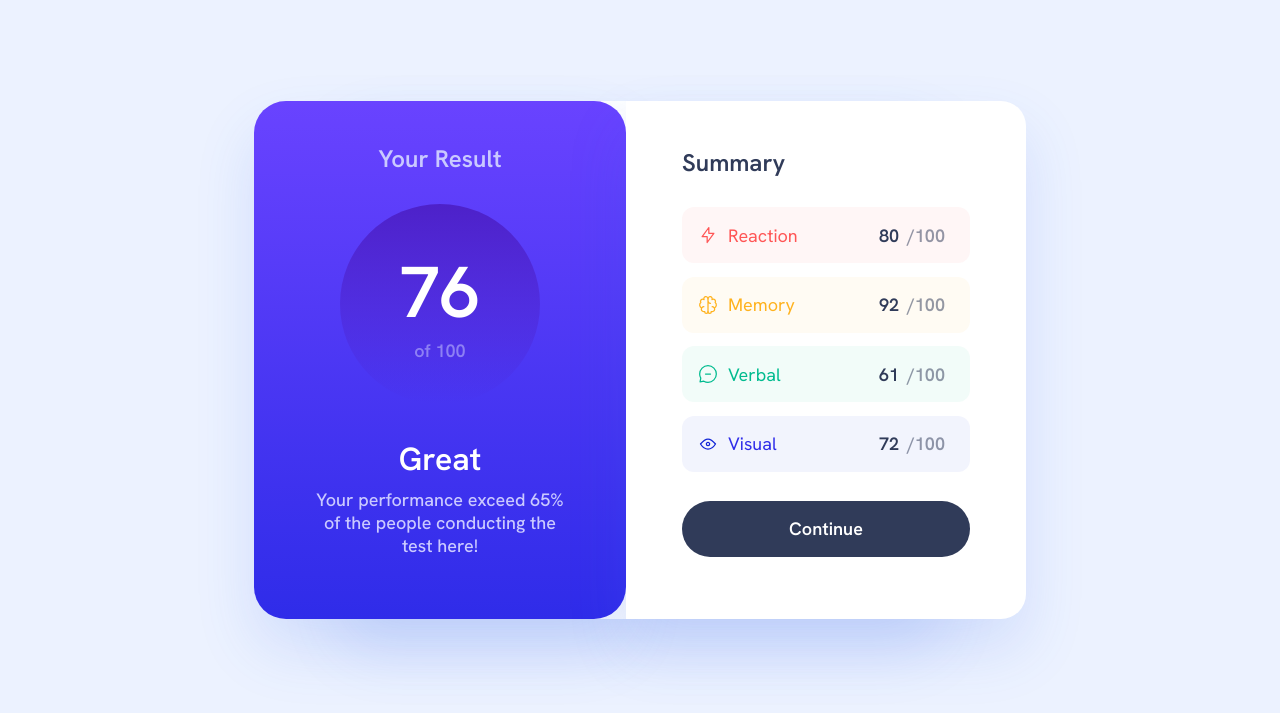
Repository: KamoliddinGIT/result-summary
Page: index.html
An editor plug-in stored every save of this project. The page is shown before and after the next save, followed by the edit.
The browser window is 1280 px wide. The pictures show the whole page.

Above is the page before, as saved 2023-09-08 17:06:07.

### index.html
<!DOCTYPE html>
<html lang="en">
  <head>
    <meta charset="UTF-8" />
    <meta name="viewport" content="width=device-width, initial-scale=1.0" />
    <link
      rel="icon"
      type="image/png"
      sizes="32x32"
      href="./assets/images/favicon-32x32.png"
    />
    <link rel="stylesheet" href="css/style.css" />
    <link rel="preconnect" href="https://fonts.googleapis.com" />
    <link rel="preconnect" href="https://fonts.gstatic.com" crossorigin />
    <link
      href="https://fonts.googleapis.com/css2?family=Hanken+Grotesk:wght@400;500;600&display=swap"
      rel="stylesheet"
    />
    <title>Results summary component</title>
  </head>
  <body>
    <div class="container">
      <div class="result-box">
        <h1 class="result__heading">Your Result</h1>
        <div class="result__score">
          <h1>76</h1>
          <span>of 100</span>
        </div>
        <div class="result__comment">
          <h1>Great</h1>
          <p>
            Your performance exceed 65% of the people conducting the test here!
          </p>
        </div>
      </div>
      <div class="summary-box">
        <h1 class="summary__title">Summary</h1>
        <div class="summary__stats">
          <li class="summary__stats__item__1">
            <img src="./assets/images/icon-reaction.svg" alt="logo" />
            <h2>Reaction</h2>
            <h3>80<span>/100</span></h3>
          </li>
          <li class="summary__stats__item__2">
            <img src="./assets/images/icon-memory.svg" alt="logo" />
            <h2>Memory</h2>
            <h3>92<span>/100</span></h3>
          </li>
          <li class="summary__stats__item__3">
            <img src="./assets/images/icon-verbal.svg" alt="logo" />
            <h2>Verbal</h2>
            <h3>61<span>/100</span></h3>
          </li>
          <li class="summary__stats__item__4">
            <img src="/assets/images/icon-visual.svg" alt="logo" />
            <h2>Visual</h2>
            <h3>72<span>/100</span></h3>
          </li>
        </div>
        <a href="#" class="summary__btn"> Continue </a>
      </div>
    </div>

    <script src="js/index.js"></script>
  </body>
</html>

### css/style.css
* {
  margin: 0;
  padding: 0;
  box-sizing: border-box;
}

body {
  display: flex;
  flex-direction: column;
  justify-content: center;
  align-items: center;
  height: 100vh;
  flex-direction: column;
  padding: 0;
  margin: 0;
  font-family: "Hanken Grotesk", "Arial", sans-serif;
  font-size: 18px;
  font-weight: 500;
  line-height: normal;
  background-color: #ecf2ff;
  color: #303b59;
}

.container {
  width: 47%;
  max-width: 1200px;
  display: flex;
  justify-content: center;
  align-items: center;
  height: 72%;
  background-color: #ffffff;
  box-shadow: 0px 30px 60px 0px rgba(61, 108, 236, 0.15);
  border-radius: 32px;
}

.result-box {
  width: 50%;
  max-width: 368px;
  min-height: 100%;
  border-radius: 32px;
  box-shadow: 0px 30px 60px 0px rgba(61, 108, 236, 0.15);
  background-image: linear-gradient(
    180deg,
    #75f 0%,
    #6943ff 0.01%,
    #2f2ce9 100%
  );
  padding: 24px 56px 40px;
  color: #cac9ff;
  box-shadow: 0px 30px 60px 0px rgba(61, 108, 236, 0.15);
  display: flex;

  flex-direction: column;
  align-items: center;
  justify-content: center;
  font-family: "Hanken Grotesk", "Arial", sans-serif;
  gap: 30px;
}

.summary-box {
  display: flex;
  flex-direction: column;
  align-items: start;
  padding-left: 40px;
  justify-content: space-evenly;
  background: #fff;
  width: 50%;
  min-height: 100%;
  border-radius: 0 25px 25px 0;
  padding: 24px 56px 40px;
  box-shadow: 0px 30px 60px 0px rgba(61, 108, 236, 0.15);
}

.result__heading {
  font-size: 24px;
}

.result__score {
  display: flex;
  flex-direction: column;
  justify-content: center;
  align-items: center;
  width: 200px;
  height: 200px;
  border-radius: 50%;
  background-image: linear-gradient(
    180deg,
    #4d21c9 0%,
    rgba(37, 33, 201, 0) 100%,
    rgba(37, 33, 201, 0) 100%
  );
}

.result__score h1 {
  font-size: 72px;
  color: #ffffff;
}

.result__score span {
  color: #cac9ff;
  font-weight: 700;
  opacity: 0.5168;
  font-size: 18px;
}

.result__comment {
  display: flex;
  justify-content: space-around;
  align-items: center;
  flex-direction: column;
  text-align: center;
  width: 260px;
  height: 127px;
}

.result__comment h1 {
  font-size: 32px;
  color: #ffffff;
}

.result__comment p {
  font-size: 18px;
  color: #cac9ff;
  font-weight: 500;
  line-height: normal;
}

.summary__title {
  color: #303b59;
  font-size: 24px;
  font-weight: bold;
}

.summary__stats {
  width: 288px;
  height: 278px;
  display: flex;
  flex-direction: column;
  justify-content: space-around;
  align-items: start;
  list-style-type: none;
}

.summary__stats__item__1 {
  width: 100%;
  display: flex;
  gap: 10px;
  align-items: center;
  height: 56px;
  padding: 16px;
  background: rgba(255, 85, 85, 0.05);
  border-radius: 12px;
}

.summary__stats__item__1 h2 {
  width: 141px;
  font-size: 18px;
  color: #f55;
  font-weight: normal;
}

.summary__stats__item__1 h3 span {
  opacity: 0.5168;
  font-weight: bold;
  color: rgba(48, 59, 89, 0.5);
  font-size: 18px;
  color: #303b59;
  margin-left: 8px;
}

.summary__stats__item__1 h3 {
  color: #303b59;
  font-weight: bold;
  font-size: 18px;
}

.summary__stats__item__2 {
  width: 100%;
  display: flex;
  gap: 10px;
  align-items: center;
  height: 56px;
  padding: 16px;
  background: rgba(255, 178, 30, 0.05);
  border-radius: 12px;
}

.summary__stats__item__2 h2 {
  width: 141px;
  font-size: 18px;
  color: #ffb21e;
  font-weight: normal;
}

.summary__stats__item__2 h3 span {
  opacity: 0.5168;
  font-weight: bold;
  color: rgba(48, 59, 89, 0.5);
  font-size: 18px;
  color: #303b59;
  margin-left: 8px;
}

.summary__stats__item__2 h3 {
  color: #303b59;
  font-weight: bold;
  font-size: 18px;
}

.summary__stats__item__3 {
  width: 100%;
  display: flex;
  gap: 10px;
  align-items: center;
  height: 56px;
  padding: 16px;
  background: rgba(0, 187, 143, 0.05);
  border-radius: 12px;
}

.summary__stats__item__3 h2 {
  font-size: 18px;
  color: #00bb8f;
  font-weight: normal;
  width: 141px;
}

.summary__stats__item__3 h3 span {
  opacity: 0.5168;
  font-weight: bold;
  color: rgba(48, 59, 89, 0.5);
  font-size: 18px;
  color: #303b59;
  margin-left: 8px;
}

.summary__stats__item__3 h3 {
  color: #303b59;
  font-weight: bold;
  font-size: 18px;
}

.summary__stats__item__4 {
  width: 100%;
  display: flex;
  gap: 10px;
  align-items: center;
  height: 56px;
  padding: 16px;
  background: rgba(17, 37, 214, 0.05);
  border-radius: 12px;
}

.summary__stats__item__4 h2 {
  width: 141px;
  font-size: 18px;
  color: #2f2ce9;
  font-weight: normal;
}

.summary__stats__item__4 h3 span {
  opacity: 0.5168;
  font-weight: bold;
  color: rgba(48, 59, 89, 0.5);
  font-size: 18px;
  color: #303b59;
  margin-left: 8px;
}

.summary__stats__item__4 h3 {
  color: #303b59;
  font-weight: bold;
  font-size: 18px;
}

.summary__btn {
  width: 288px;
  height: 56px;
  border-radius: 128px;
  background: #303b59;
  display: flex;
  justify-content: center;
  align-items: center;
  text-decoration: none;
  color: white;
  font-weight: bold;
}

.summary__btn:hover {
  background: linear-gradient(180deg, #75f 0%, #6943ff 0.01%, #2f2ce9 100%);
  content: "";
  transition: opacity ease 0.3s;
}

.summary__btn:active {
  outline: 2px solid white;
  border: 2px solid white;
}

/* media */

@media only screen and (max-width: 740px) {
  /* body {
    padding: 50px;
    align-items: center;
  } */

  .container {
    flex-direction: column;
    width: 100%;
    max-width: 368px;
  }

  .result-box {
    padding: 15px;
    width: 100%;
    margin-top: 350px;
    max-width: 100%;
    box-shadow: 0px 30px 60px 0px rgba(61, 108, 236, 0.15);
  }

  .summary-box {
    /* margin-top: 350px; */
    border-radius: 0;
    background: #fff;
    width: 100%;
    max-width: 100%;
    height: 507px;
  }
}

@media (min-width: 740px) {
  .container {
    max-width: 1400px;
  }
  .result-box {
    width: 100%;
    max-width: 100%;
  }
  .summary-box {
    width: 100%;
    max-width: 100%;
  }
}

### js/index.js
"use strict";

const data = [
  {
    category: "Reaction",
    score: 80,
    icon: "img/icon-reaction.svg",
  },
  {
    category: "Memory",
    score: 92,
    icon: "img/icon-memory.svg",
  },
  {
    category: "Verbal",
    score: 61,
    icon: "img/icon-verbal.svg",
  },
  {
    category: "Visual",
    score: 72,
    icon: "img/icon-visual.svg",
  },
];

After the next save:
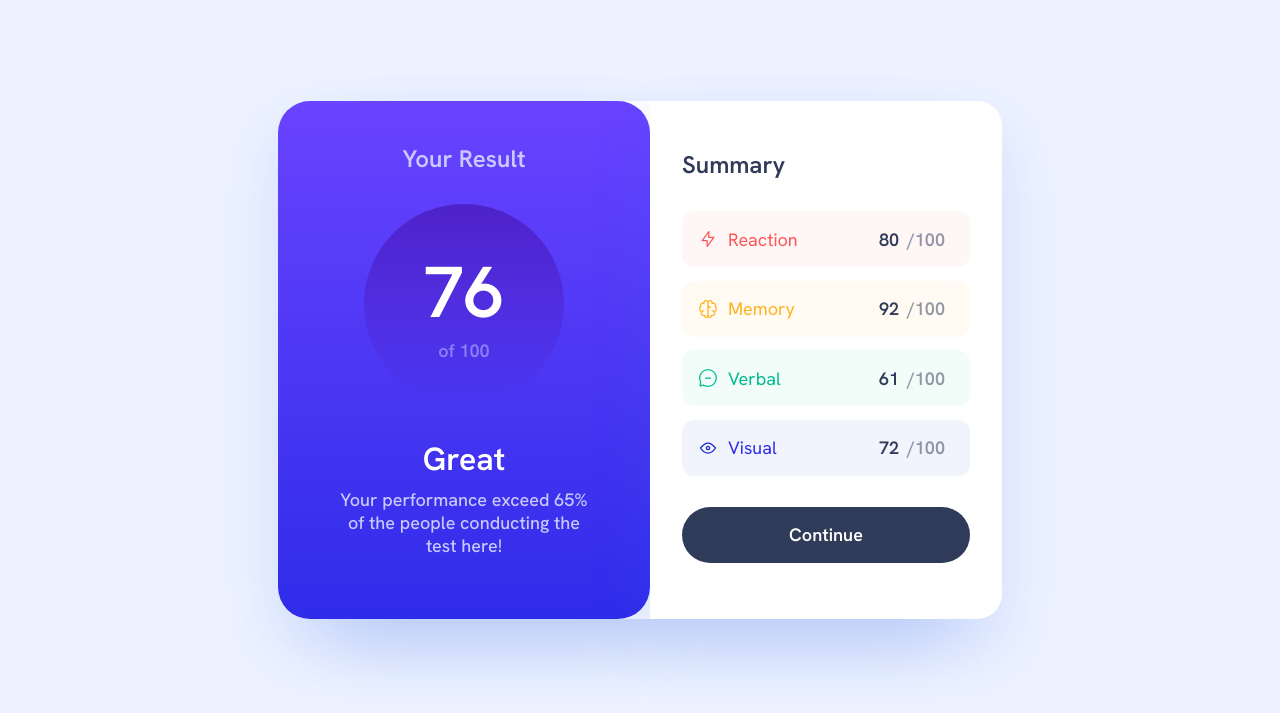
Saved 24 s later.
--- a/css/style.css
+++ b/css/style.css
@@ -67,7 +67,7 @@ body {
   width: 50%;
   min-height: 100%;
   border-radius: 0 25px 25px 0;
-  padding: 24px 56px 40px;
+  padding: 24px 32px 32px;
   box-shadow: 0px 30px 60px 0px rgba(61, 108, 236, 0.15);
 }
 
